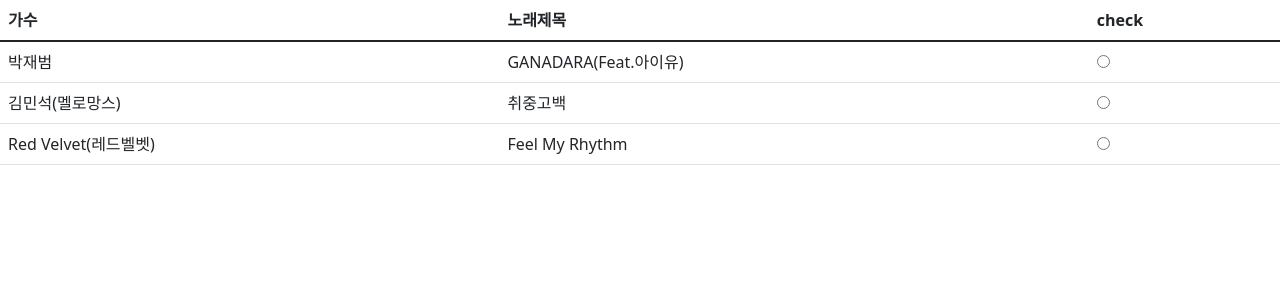
Repository: HeeMang28/jsp
Page: http://localhost/JSPBasic/jspobject/quiz/music.jsp
An editor plug-in stored every save of this project. The page is shown before and after the next save, followed by the edit.
The browser window is 1280 px wide. The pictures show the whole page.
The page is served by Tomcat 9.

Above is the page before, as saved 2022-03-28 09:38:26.

After the next save:
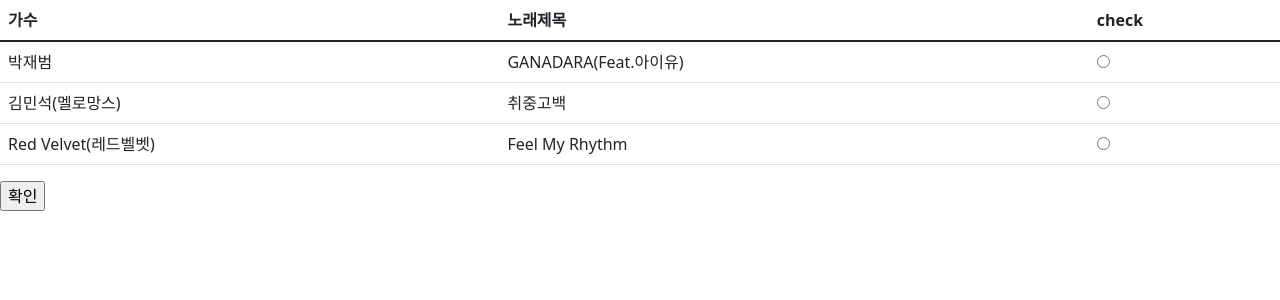
Saved 60 s later.
--- a/JSPBasic/src/main/webapp/jspobject/quiz/music.jsp
+++ b/JSPBasic/src/main/webapp/jspobject/quiz/music.jsp
@@ -33,5 +33,7 @@
 				<td><input type="radio" name="music" value="3번노래"> &nbsp;</td>
 			</tr>
 	</table>
+	<input type="submit" value="확인" />
+	</form>
 </body>
 </html>
